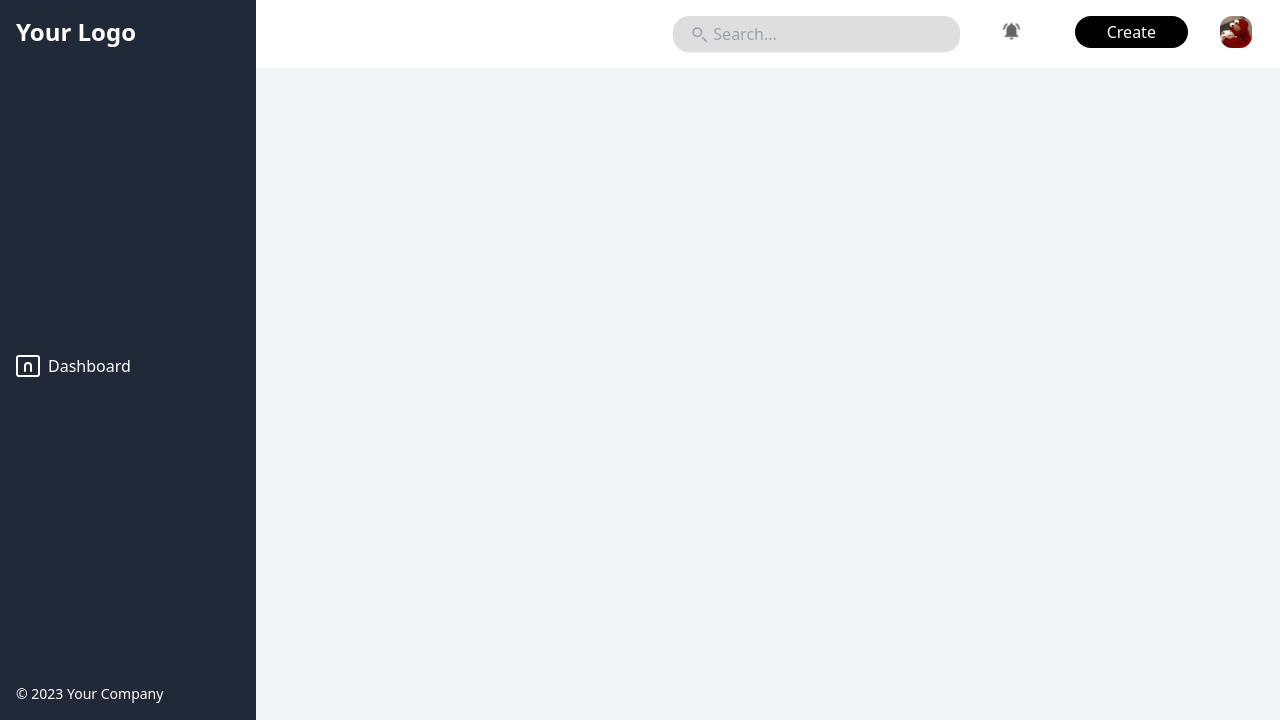
Repository: theamgri/thesis-website-nextjs
Page: website.html
The author's editor kept a copy of each file at every save. The page is drawn from the files as they stood at one save, then again after the next save.
The browser window is 1280 px wide. The pictures show the whole page.

Above is the page before, as saved 2023-10-02 08:46:03.

After the next save:
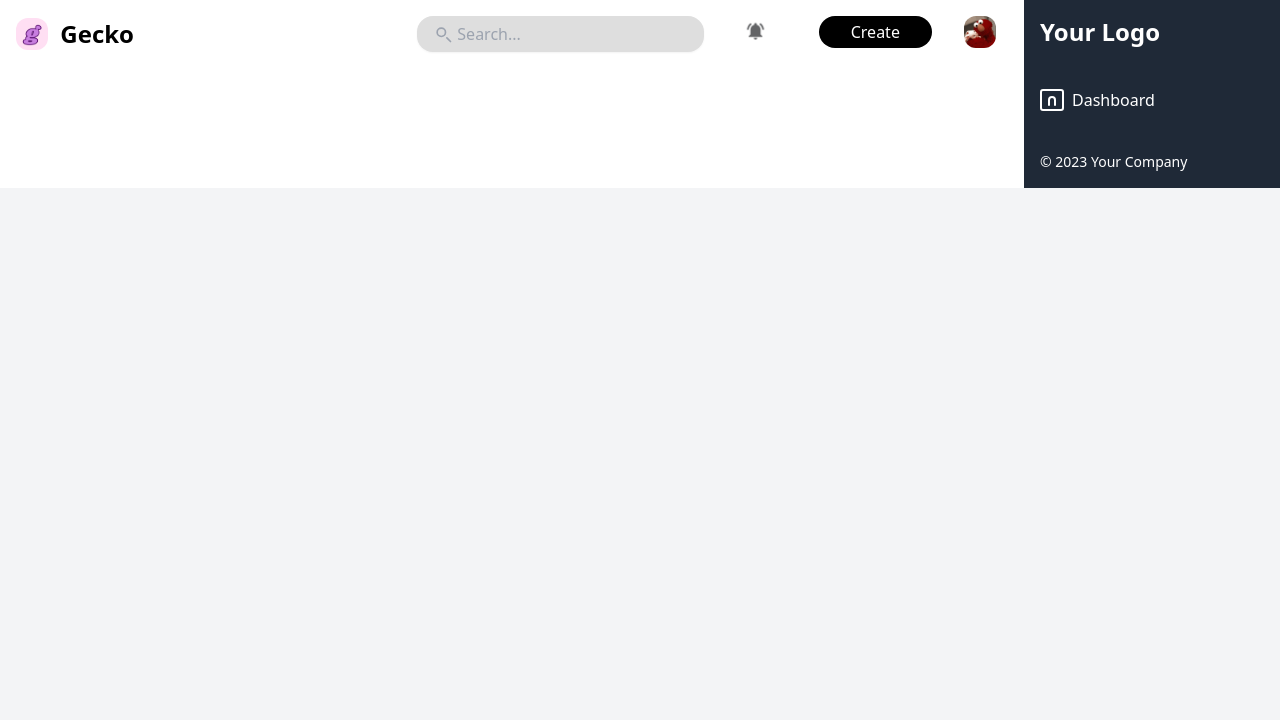
Saved 65 s later.
--- a/website.html
+++ b/website.html
@@ -10,7 +10,9 @@
 </head>
 <body class="bg-gray-100">
 
-<nav class="bg-white border-gray-200 dark:bg-gray-900">
+<div class="flex">
+  <!-- Top Navbar -->
+  <nav class="bg-white border-gray-200 dark:bg-gray-900 w-4/5">
     <div class="flex flex-wrap items-center justify-between mx-auto p-4">
       <a href="." class="flex items-center">
           <img src="images/icon.png" class="h-8 mr-3 rounded-xl" alt="Logo" />
@@ -75,7 +77,9 @@
       </div>
     </div>
   </nav>
-  <div class="bg-gray-800 text-white h-screen w-1/5 fixed left-0 top-0 flex flex-col justify-between">
+
+  <!-- Side Navbar -->
+  <div class="bg-gray-800 text-white w-1/5">
     <div class="p-4">
         <!-- Your Logo or Branding Goes Here -->
         <h1 class="text-2xl font-semibold">Your Logo</h1>
@@ -95,17 +99,10 @@
         <!-- Your Footer Content Goes Here -->
         <p class="text-sm">&copy; 2023 Your Company</p>
     </div>
+  </div>
 </div>
 
-  <!-- <div class="mx-auto w-3/5 overflow-hidden">
-    <canvas
-      data-te-chart="bar"
-      data-te-dataset-label="Traffic"
-      data-te-labels="['Monday', 'Tuesday' , 'Wednesday' , 'Thursday' , 'Friday' , 'Saturday' , 'Sunday ']"
-      data-te-dataset-data="[2112, 2343, 2545, 3423, 2365, 1985, 987]">
-    </canvas>
-  </div> -->
-
+<!-- Content Goes Here -->
 
 </body>
 </html>

After the save that followed:
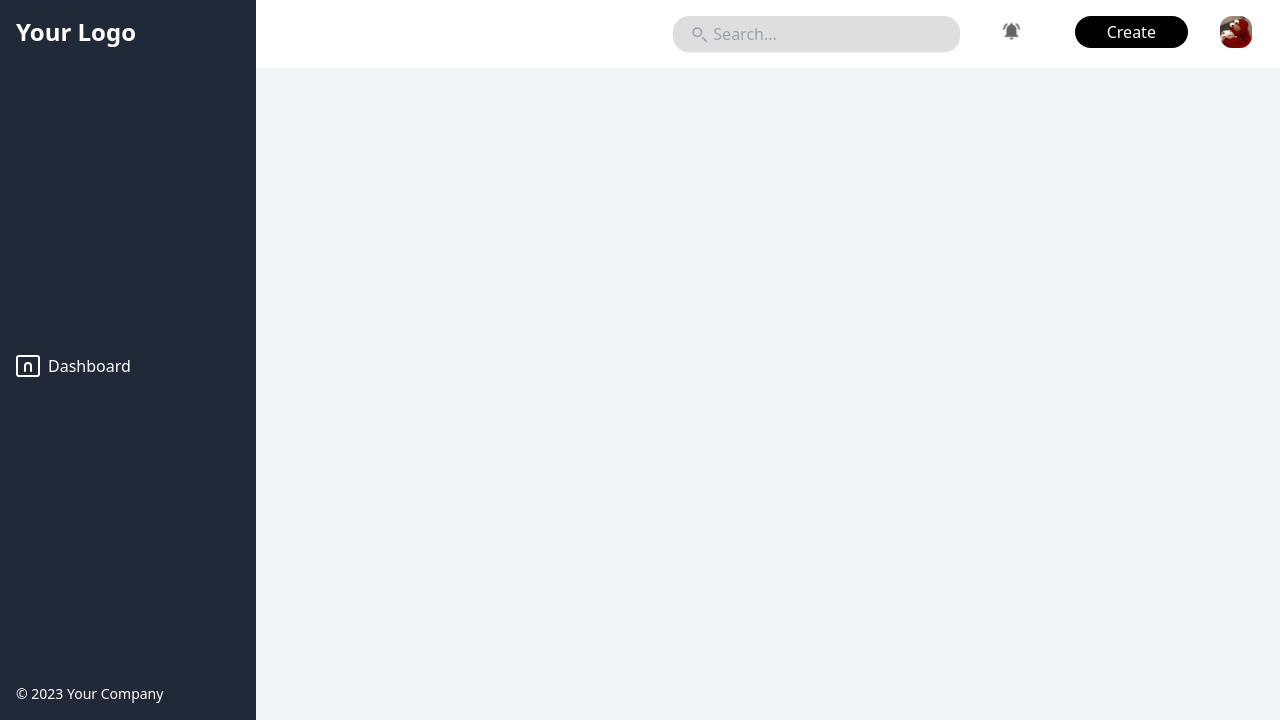
Saved 6 s later.
--- a/website.html
+++ b/website.html
@@ -10,9 +10,7 @@
 </head>
 <body class="bg-gray-100">
 
-<div class="flex">
-  <!-- Top Navbar -->
-  <nav class="bg-white border-gray-200 dark:bg-gray-900 w-4/5">
+<nav class="bg-white border-gray-200 dark:bg-gray-900">
     <div class="flex flex-wrap items-center justify-between mx-auto p-4">
       <a href="." class="flex items-center">
           <img src="images/icon.png" class="h-8 mr-3 rounded-xl" alt="Logo" />
@@ -77,9 +75,7 @@
       </div>
     </div>
   </nav>
-
-  <!-- Side Navbar -->
-  <div class="bg-gray-800 text-white w-1/5">
+  <div class="bg-gray-800 text-white h-screen w-1/5 fixed left-0 top-0 flex flex-col justify-between">
     <div class="p-4">
         <!-- Your Logo or Branding Goes Here -->
         <h1 class="text-2xl font-semibold">Your Logo</h1>
@@ -99,10 +95,17 @@
         <!-- Your Footer Content Goes Here -->
         <p class="text-sm">&copy; 2023 Your Company</p>
     </div>
-  </div>
 </div>
 
-<!-- Content Goes Here -->
+  <!-- <div class="mx-auto w-3/5 overflow-hidden">
+    <canvas
+      data-te-chart="bar"
+      data-te-dataset-label="Traffic"
+      data-te-labels="['Monday', 'Tuesday' , 'Wednesday' , 'Thursday' , 'Friday' , 'Saturday' , 'Sunday ']"
+      data-te-dataset-data="[2112, 2343, 2545, 3423, 2365, 1985, 987]">
+    </canvas>
+  </div> -->
+
 
 </body>
 </html>
